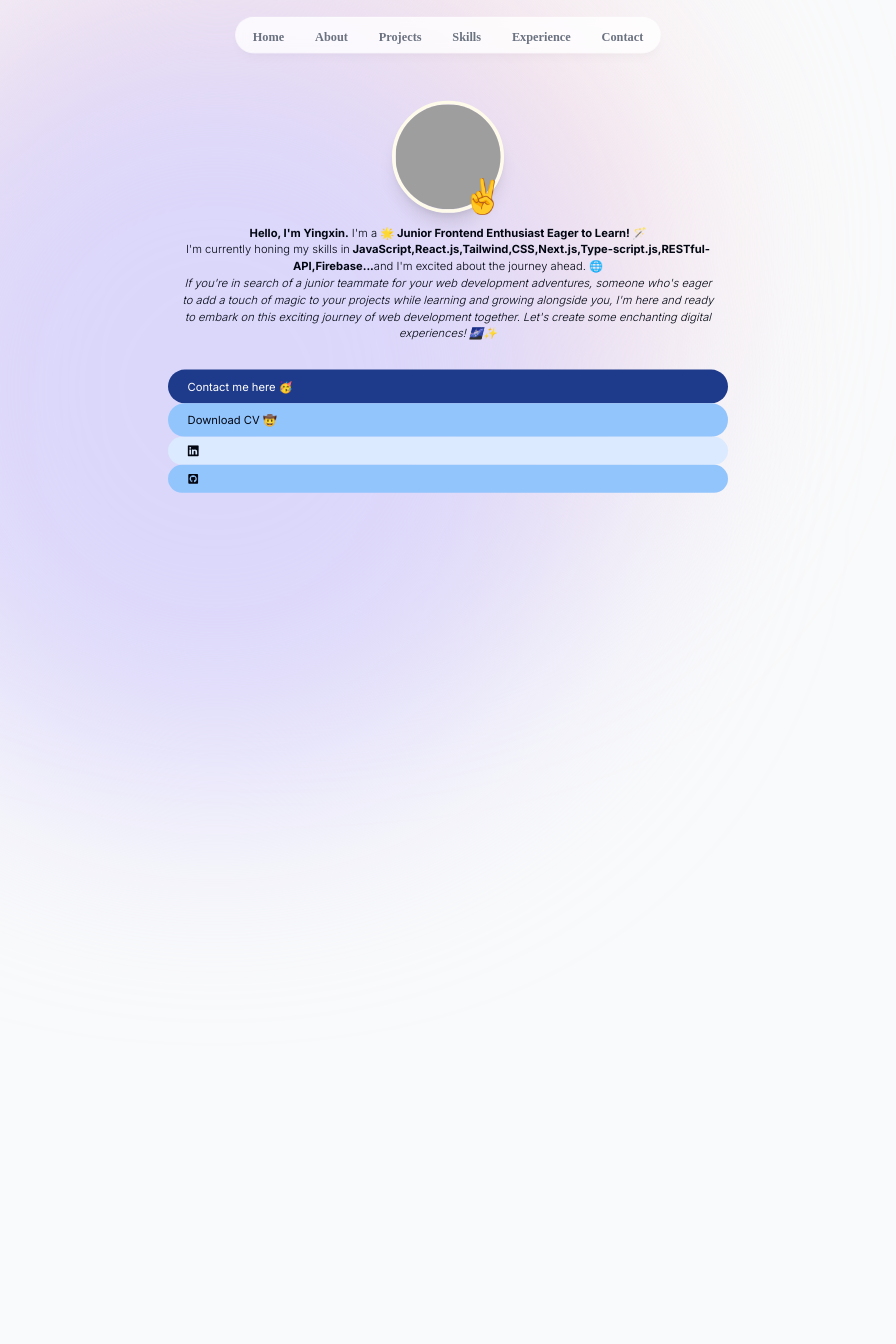
Repository: Tracy-maker/portfolio_website
Page: /
An editor plug-in stored every save of this project. The page is shown before and after the next save, followed by the edit.
The browser window is 1280 px wide. The pictures show the part of the page from y = 0 to 1920 px (the page is 5000 px tall), at 70% of full size.
Pictures or frames that could not be fetched are drawn as grey boxes. The project was rebuilt for these pictures with package versions that can differ from the ones it lists, and the page was loaded fresh each time. The framework's server and built-in components were replaced by stand-ins that run in the browser. Also part of the build but not shown: next.config.js.

Above is the page before, as saved 2023-10-06 11:28:57.

### app/layout.tsx
import Header from "@/components/header";
import "./globals.css";
import type { Metadata } from "next";
import { Inter } from "next/font/google";

const inter = Inter({ subsets: ["latin"] });

export const metadata: Metadata = {
  title: "Yingxin_Zhang | Portfolio",
  description: "Yingxin_Zhang is a front-end developer",
};

export default function RootLayout({
  children,
}: {
  children: React.ReactNode;
}) {
  return (
    <html lang="en">
      <body
        className={`${inter.className} bg-gray-50 text-gray-950 relative h-[5000px] pt-28 sm:pt-36`}
      >
        <div className="bg-[#fbe2e3] absolute top-[-6rem] -z-10 right-[21rem] h-[56.25rem] w-[31.25rem] rounded-full blur-[10rem] sm:w-[68.75rem]"></div>
        <div className="bg-[#dbd7fb] absolute top-[-1rem] -z-10 left-[-45rem] h-[71.25rem] w-[-30rem] rounded-full blur-[10rem] sm:w-[68.75rem] md:left-[-33rem] lg:left-[-28rem] xl:left-[-15rem] 2xl:left-[-5rem]"></div>
        <Header />
        {children}
      </body>
    </html>
  );
}

### app/page.tsx
import Intro from "@/components/intro";
import Image from "next/image";

export default function Home() {
  return (
    <main className="flex flex-col items-center">
      <Intro />
    </main>
  );
}

### components/header.tsx
"use client";
import { motion } from "framer-motion";
import { links } from "@/lib/data";
import Link from "next/link";


export default function Header() {
  return (
    <header className="z-[999] relative">
      <motion.div
        className="fixed top-0 left-1/2 h-[4.5rem] w-full
        rounded-none border border-white border-opacity-40
        bg-white bg-opacity-80 shadow-lg shadow-black/[0.03]
        backdrop-blur-[0.5rem] sm:top-6 sm:h-[3.25rem] sm:w-[38rem] sm:rounded-full"
        initial={{ y: -100, x: "-50%", opacity: 0 }}
        animate={{ y: 0, x: "-50%", opacity: 1 }}
      ></motion.div>

      <nav className="flex font-custom fixed top-[0.15rem] left-1/2 h-12 -translate-x-1/2 py-2 sm:top-[1.7rem] sm:h-[initial] sm:py-0">
        <ul className="flex w-[22rem] flex-wrap items-center justify-center gap-y-1 text-[1.1rem] font-bold text-gray-500 sm:w-[initial] sm:flex-nowrap sm:gap-5">
          {links.map((link) => (
            <motion.li
              className="h-3/4 flex items-center justify-center relative"
              key={link.hash}
              initial={{ y: -100, opacity: 0 }}
              animate={{ y: 0, opacity: 1 }}
            >
              <Link
                className="flex w-full items-center justify-center px-3 py-3 hover:text-gray-950 transition"
                href={link.hash}
              >
                {link.name}
              </Link>
            </motion.li>
          ))}
        </ul>
      </nav>
    </header>
  );
}

### components/intro.tsx
"use client";

import Image from "next/image";
import React from "react";
import { motion } from "framer-motion";
import Link from "next/link";
import { BsLinkedin } from "react-icons/bs";
import { FaGithubSquare } from "react-icons/fa";

export default function Intro() {
  return (
    <section className="mb-28 max-w-[50rem] text-center sm:mb-0 scroll-mt-[100rem]">
      <div className="flex items-center justify-center">
        <div className="relative">
          <motion.div
            initial={{ opacity: 0, scale: 0 }}
            animate={{ opacity: 1, scale: 1 }}
            transition={{
              type: "tween",
              duration: 0.2,
            }}
          >
            <Image
              src="https://i.ibb.co/MRHHtS5/Wechat-IMG7.jpg"
              alt="Personal image"
              width="300"
              height="300"
              quality="90"
              priority={true}
              className="h-40 w-40 rounded-full object-cover border-[0.35rem] border-amber-50 shadow-xl"
            />
          </motion.div>

          <motion.span
            className="absolute bottom-0 right-0 text-5xl"
            initial={{ opacity: 0, scale: 0 }}
            animate={{ opacity: 1, scale: 1 }}
            transition={{
              type: "spring",
              stiffness: 125,
              delay: 0.1,
              duration: 0.7,
            }}
          >
            ✌️
          </motion.span>
        </div>
      </div>
      <motion.h6
        className="mb-10 mt-4 px-4 text-s font-light !leading-[1.5] sm:text-m"
        initial={{ opacity: 0, y: 100 }}
        animate={{ opacity: 1, y: 0 }}
      >
        <span className="font-bold">Hello, I'm Yingxin.</span> I'm a{" "}
        <span className="font-bold">
          🌟 Junior Frontend Enthusiast Eager to Learn! 🪄
        </span>
        <br />
        I'm currently honing my skills in
        <span className="font-bold">
          {" "}
          JavaScript,React.js,Tailwind,CSS,Next.js,Type-script.js,RESTful-API,Firebase...
        </span>
        and I'm excited about the journey ahead. 🌐
        <br />
        <span className="italic">
          If you're in search of a junior teammate for your web development
          adventures, someone who's eager to add a touch of magic to your
          projects while learning and growing alongside you, I'm here and ready
          to embark on this exciting journey of web development together. Let's
          create some enchanting digital experiences! 🌌✨
        </span>
      </motion.h6>

      <div>
        <Link
          href="#contact"
          className="bg-blue-900 text-white px-7 py-3 flex items-center gap-2 rounded-full"
        >
          Contact me here 🥳
        </Link>
        <a className="bg-blue-300 px-7 py-3 flex items-center gap-2 rounded-full">
          Download CV 🤠
        </a>
        <a className="bg-blue-100 px-7 py-3 flex items-center gap-2 rounded-full">
          <BsLinkedin />
        </a>
        <a className="bg-blue-300 px-7 py-3 flex items-center gap-2 rounded-full">
          <FaGithubSquare />
        </a>
      </div>
    </section>
  );
}

### lib/data.ts
import React from "react";
import { CgWorkAlt } from "react-icons/cg";
import { FaReact } from "react-icons/fa";
import { LuGraduationCap } from "react-icons/lu";
import p1Img from "@/public/p1.png";
import p2Img from "@/public/p2.png";
import p3Img from "@/public/p3.png";

export const links = [
  {
    name: "Home",
    hash: "#home",
  },
  {
    name: "About",
    hash: "#about",
  },
  {
    name: "Projects",
    hash: "#projects",
  },
  {
    name: "Skills",
    hash: "#skills",
  },
  {
    name: "Experience",
    hash: "#experience",
  },
  {
    name: "Contact",
    hash: "#contact",
  },
] as const;

export const experiencesData = [
  {
    title: "Graduated bootcamp",
    location: "Miami, FL",
    description:
      "I graduated after 6 months of studying. I immediately found a job as a front-end developer.",
    icon: React.createElement(LuGraduationCap),
    date: "2019",
  },
  {
    title: "Front-End Developer",
    location: "Orlando, FL",
    description:
      "I worked as a front-end developer for 2 years in 1 job and 1 year in another job. I also upskilled to the full stack.",
    icon: React.createElement(CgWorkAlt),
    date: "2019 - 2021",
  },
  {
    title: "Full-Stack Developer",
    location: "Houston, TX",
    description:
      "I'm now a full-stack developer working as a freelancer. My stack includes React, Next.js, TypeScript, Tailwind, Prisma and MongoDB. I'm open to full-time opportunities.",
    icon: React.createElement(FaReact),
    date: "2021 - present",
  },
] as const;

export const projectsData = [
  {
    title: "CorpComment",
    description:
      "I worked as a full-stack developer on this startup project for 2 years. Users can give public feedback to companies.",
    tags: ["React", "Next.js", "MongoDB", "Tailwind", "Prisma"],
    imageUrl: p1Img,
  },
  {
    title: "rmtDev",
    description:
      "Job board for remote developer jobs. I was the front-end developer. It has features like filtering, sorting and pagination.",
    tags: ["React", "TypeScript", "Next.js", "Tailwind", "Redux"],
    imageUrl: p2Img,
  },
  {
    title: "Word Analytics",
    description:
      "A public web app for quick analytics on text. It shows word count, character count and social media post limits.",
    tags: ["React", "Next.js", "SQL", "Tailwind", "Framer"],
    imageUrl: p3Img,
  },
] as const;

export const skillsData = [
  "HTML",
  "CSS",
  "JavaScript",
  "TypeScript",
  "React",
  "Next.js",
  "Git",
  "MUI-material",
  "Tailwind",
  "REST-API",
  "PostgreSQL",
  "Framer Motion",
] as const;

### tailwind.config.ts
import type { Config } from 'tailwindcss'

const config: Config = {
  content: [
    './pages/**/*.{js,ts,jsx,tsx,mdx}',
    './components/**/*.{js,ts,jsx,tsx,mdx}',
    './app/**/*.{js,ts,jsx,tsx,mdx}',
  ],
  theme: {
    extend: {
      backgroundImage: {
        'gradient-radial': 'radial-gradient(var(--tw-gradient-stops))',
        'gradient-conic':
          'conic-gradient(from 180deg at 50% 50%, var(--tw-gradient-stops))',
      },
      fontFamily: {
        custom: ["Gabarito", "cursive"],
      },
    },
  },
  plugins: [],
}
export default config

Loaded but not shown: app/globals.css (common file)

After the next save:
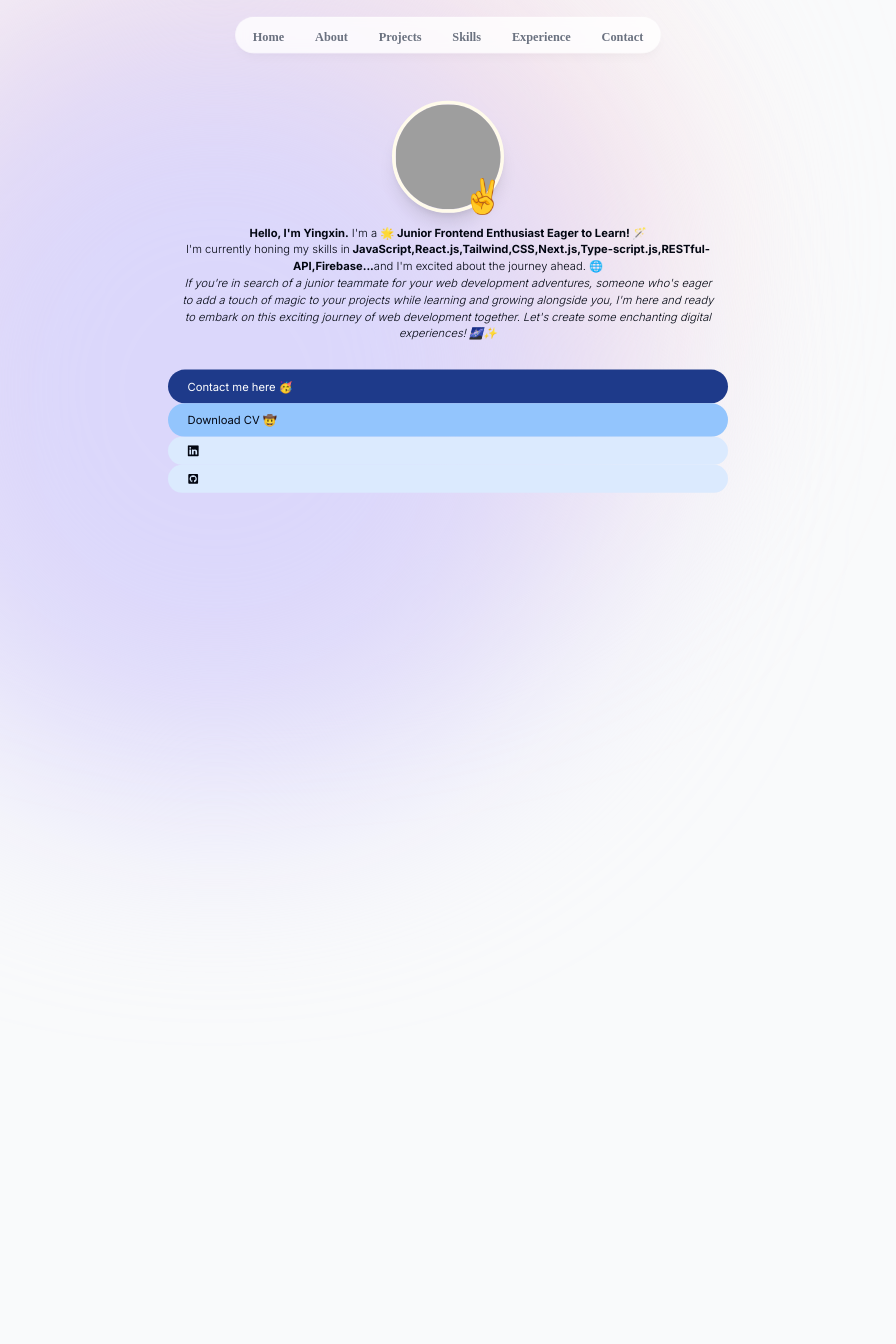
Saved 6 s later.
--- a/components/intro.tsx
+++ b/components/intro.tsx
@@ -85,7 +85,7 @@ export default function Intro() {
         <a className="bg-blue-100 px-7 py-3 flex items-center gap-2 rounded-full">
           <BsLinkedin />
         </a>
-        <a className="bg-blue-300 px-7 py-3 flex items-center gap-2 rounded-full">
+        <a className="bg-blue-100 px-7 py-3 flex items-center gap-2 rounded-full">
           <FaGithubSquare />
         </a>
       </div>
